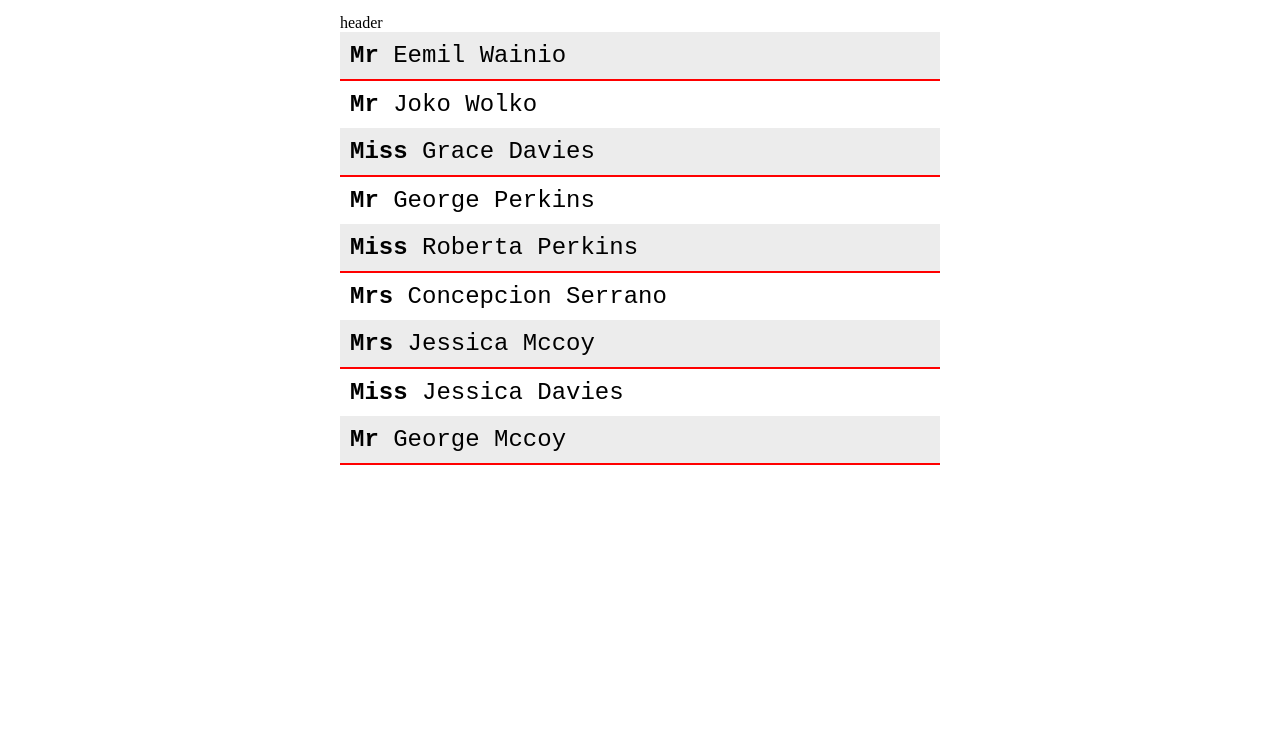
Repository: KrzysKolo/sr_tydzien5_zad4
Page: /
The author's editor kept a copy of each file at every save. The page is drawn from the files as they stood at one save, then again after the next save.
The browser window is 1280 px wide. The pictures show the whole page.
The project was rebuilt for these pictures with package versions that can differ from the ones it lists, and the page was loaded fresh each time.

Above is the page before, as saved 2021-01-03 05:11:14.

### public/index.html
<!DOCTYPE html>
<html lang="en">
  <head>
    <meta charset="utf-8" />
    <link rel="icon" href="%PUBLIC_URL%/favicon.ico" />
    <meta name="viewport" content="width=device-width, initial-scale=1" />
    <meta name="theme-color" content="#000000" />
    <meta
      name="description"
      content="Web site created using create-react-app"
    />
    <link rel="apple-touch-icon" href="%PUBLIC_URL%/logo192.png" />
    <!--
      manifest.json provides metadata used when your web app is installed on a
      user's mobile device or desktop. See https://developers.google.com/web/fundamentals/web-app-manifest/
    -->
    <link rel="manifest" href="%PUBLIC_URL%/manifest.json" />
    <!--
      Notice the use of %PUBLIC_URL% in the tags above.
      It will be replaced with the URL of the `public` folder during the build.
      Only files inside the `public` folder can be referenced from the HTML.

      Unlike "/favicon.ico" or "favicon.ico", "%PUBLIC_URL%/favicon.ico" will
      work correctly both with client-side routing and a non-root public URL.
      Learn how to configure a non-root public URL by running `npm run build`.
    -->
    <title>User search</title>
  </head>
  <body>
    <noscript>You need to enable JavaScript to run this app.</noscript>
    <div id="root"></div>
    <!--
      This HTML file is a template.
      If you open it directly in the browser, you will see an empty page.

      You can add webfonts, meta tags, or analytics to this file.
      The build step will place the bundled scripts into the <body> tag.

      To begin the development, run `npm start` or `yarn start`.
      To create a production bundle, use `npm run build` or `yarn build`.
    -->
  </body>
</html>

### src/App.js
import React from 'react';
import UsersContainer from './components/UsersContainer';
import Header from './components/Header';
import './App.css';


const App = () => {

  return (
    <section>
      <Header />
      <UsersContainer/>
    </section>
  )
}

export default App;

### src/components/UsersContainer.js
import React, { useState, useEffect } from 'react';


const UsersContainer = () => {

  const UsersAPI = '/users.json';

  const [ users, setUsers ] = useState([]);

  useEffect(() => {

    fetch(UsersAPI)
      .then(res => res.json())
      .then(data => {
        console.log(data.users);
        setUsers(data.users);
      })
    }, []);

    const user = users.map(user => (
      <li className="user" key={user.id}><b>{user.title}</b> {user.first} {user.last}</li>
    ))
    return (
        <ul>
					{user}
        </ul>
    )
}

export default UsersContainer;

### src/components/Header.js
import React from 'react';

const Header = () => {
    return (
        <div>
            header
        </div>
    )
}

export default Header;

### src/App.css
* {
  box-sizing: border-box;
  padding: 0;
  margin: 0;
}
body {
  height: 100vh;
  width: 100vw;
}
section {
  margin: 2vh auto;
  width: 70%;
  max-width: 600px;
  display: flex;
  flex-direction: column;
}
.user {
  font-size: 1.5rem;
  font-family: "Courier New", Courier, monospace;
  padding: 10px;
  list-style: none;
}
.user:nth-child(odd) {
  background: #ececec;
  border-bottom: 2px solid red;
}

### public/users.json
{
    "users": [
      {
        "id": 1,
        "title": "Mr",
        "first": "Eemil",
        "last": "Wainio"
       },
      {
        "id": 2,
        "title": "Mr",
        "first": "Joko",
        "last": "Wolko"
      },
      {
        "id": 3,
        "title": "Miss",
        "first": "Grace",
        "last": "Davies"
      },
      {
        "id": 4,
        "title": "Mr ",
        "first": "George ",
        "last": "Perkins"
      },
      {
        "id": 5,
        "title": "Miss",
        "first": "Roberta ",
        "last": "Perkins"
      },
      {
        "id": 6,
        "title": "Mrs ",
        "first": "Concepcion ",
        "last": "Serrano"
      },
      {
        "id": 7,
        "title": "Mrs ",
        "first": "Jessica ",
        "last": "Mccoy"
      },
      {
        "id": 8,
        "title": "Miss",
        "first": "Jessica",
        "last": "Davies"
      },
      {
        "id": 9,
        "title": "Mr",
        "first": "George",
        "last": "Mccoy"
      }
    ]
  }

Loaded but not shown: src/index.js (common file)

After the next save:
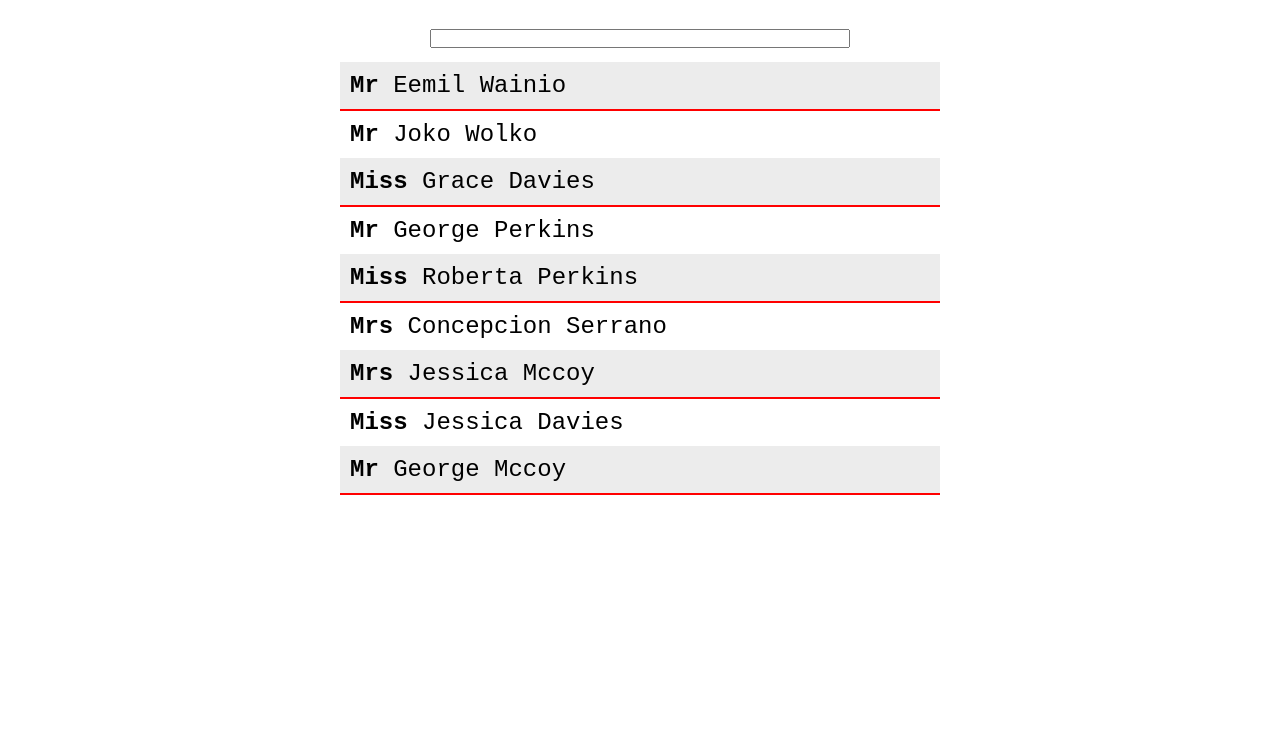
Saved 53 s later.
--- a/src/components/Header.js
+++ b/src/components/Header.js
@@ -2,9 +2,9 @@ import React from 'react';
 
 const Header = () => {
     return (
-        <div>
-            header
-        </div>
+        <section>
+            <input type="text" />
+        </section>
     )
 }
 
